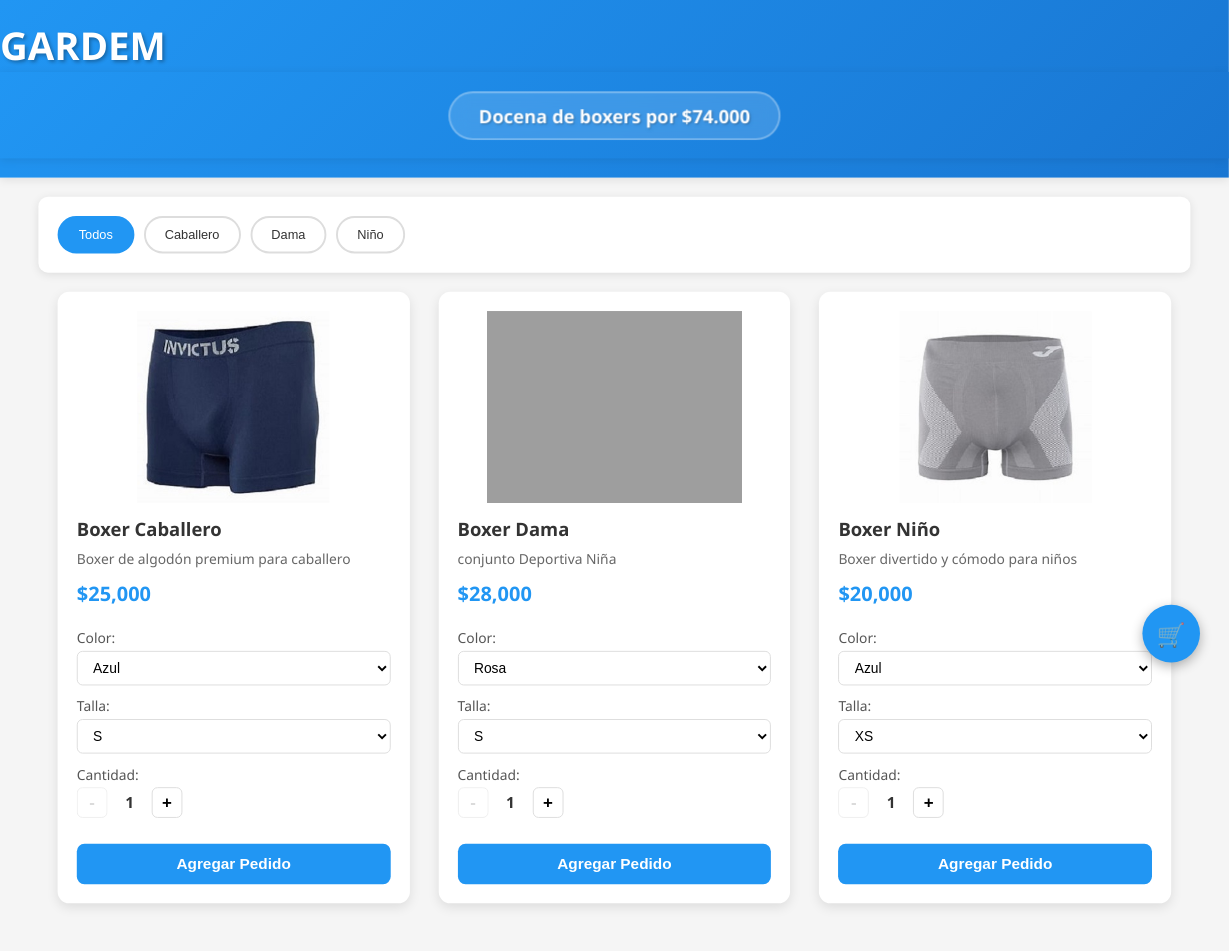
Repository: dasalgar123/gardem_react
Page: /
The author's editor kept a copy of each file at every save. The page is drawn from the files as they stood at one save, then again after the next save.
The browser window is 1280 px wide. The pictures show the whole page, at 96% of full size.
Pictures or frames that could not be fetched are drawn as grey boxes. The project was rebuilt for these pictures with package versions that can differ from the ones it lists, and the page was loaded fresh each time.

Above is the page before, as saved 2025-08-02 18:32:49.

### src/App.js
import React, { useState, useEffect } from 'react';
import './App.css';
import Tarjeta from './components/Tarjeta';

function App() {
  const [productos, setProductos] = useState([]);
  const [carrito, setCarrito] = useState([]);
  const [filtroCategoria, setFiltroCategoria] = useState('todos');
  const [promocionActual, setPromocionActual] = useState(0);
  const [mostrarCarrito, setMostrarCarrito] = useState(false);

  const promociones = [
    "Envíos a todo el país! Envíos gratis a Cúcuta centro",
    "Docena de boxers por $74.000",
    "Aprovecha nuestras promociones!"
  ];

  // Datos de ejemplo
  const productosEjemplo = [
    {
      id: 1,
      nombre: "Boxer Caballero",
      descripcion: "Boxer de algodón premium para caballero",
      precio: 25000,
      categoria: "caballero",
      imagen: "/img/Caballeros/boxer1_1.jpeg",
      colores: ["Azul", "Rojo", "Verde", "Negro"],
      tallas: ["S", "M", "L", "XL"]
    },
    {
      id: 2,
      nombre: "Boxer Dama",
      descripcion: "conjunto Deportiva Niña",
      precio: 28000,
      categoria: "dama",
      imagen: "img\Niñas\niña2.jpg",
      colores: ["Rosa", "Azul", "Negro", "Blanco"],
      tallas: ["S", "M", "L"]
    },



    {
      id: 3,
      nombre: "Boxer Niño",
      descripcion: "Boxer divertido y cómodo para niños",
      precio: 20000,
      categoria: "nino",
      imagen: "/img/Caballeros/boxer1_2.jpeg",
      colores: ["Azul", "Rojo", "Verde", "Amarillo"],
      tallas: ["XS", "S", "M", "L"]
    }
  ];

  useEffect(() => {
    // Usar datos de ejemplo
    setProductos(productosEjemplo);
  }, []);

  useEffect(() => {
    const interval = setInterval(() => {
      setPromocionActual((prev) => (prev + 1) % promociones.length);
    }, 3000);

    return () => clearInterval(interval);
  }, [promociones.length]);

  const agregarAlCarrito = (producto, colorSeleccionado, tallaSeleccionada, cantidad) => {
    const itemExistente = carrito.find(
      item => item.id === producto.id &&
      item.color === colorSeleccionado &&
      item.talla === tallaSeleccionada
    );

    if (itemExistente) {
      setCarrito(carrito.map(item =>
        item.id === producto.id &&
        item.color === colorSeleccionado &&
        item.talla === tallaSeleccionada
          ? { ...item, cantidad: item.cantidad + cantidad }
          : item
      ));
    } else {
      setCarrito([...carrito, {
        ...producto,
        color: colorSeleccionado,
        talla: tallaSeleccionada,
        cantidad
      }]);
    }
  };

  const productosFiltrados = filtroCategoria === 'todos'
    ? productos
    : productos.filter(producto => producto.categoria === filtroCategoria);

  const totalItems = carrito.reduce((total, item) => total + item.cantidad, 0);

  return (
    <div className="App">
      <header className="header">
        <h1 className="logo">GARDEM</h1>
        <div className="carrusel-container">
          <div className="carrusel-promociones">
            <div className="promocion-activa">
              {promociones[promocionActual]}
            </div>
          </div>
        </div>
      </header>

      <div className="filtros">
        <div className="filtro-categorias">
          <button
            className={filtroCategoria === 'todos' ? 'activo' : ''}
            onClick={() => setFiltroCategoria('todos')}
          >
            Todos
          </button>
          <button
            className={filtroCategoria === 'caballero' ? 'activo' : ''}
            onClick={() => setFiltroCategoria('caballero')}
          >
            Caballero
          </button>
          <button
            className={filtroCategoria === 'dama' ? 'activo' : ''}
            onClick={() => setFiltroCategoria('dama')}
          >
            Dama
          </button>
          <button
            className={filtroCategoria === 'nino' ? 'activo' : ''}
            onClick={() => setFiltroCategoria('nino')}
          >
            Niño
          </button>
        </div>
      </div>

      <div className="productos-grid">
        {productosFiltrados.map(producto => (
          <Tarjeta
            key={producto.id}
            producto={producto}
            onAgregarAlCarrito={agregarAlCarrito}
          />
        ))}
      </div>

      {/* Icono flotante del carrito */}
      <div className="carrito-flotante" onClick={() => setMostrarCarrito(!mostrarCarrito)}>
        <span className="carrito-icono">🛒</span>
        {totalItems > 0 && (
          <span className="carrito-contador">{totalItems}</span>
        )}
      </div>

      {/* Carrito desplegable */}
      {mostrarCarrito && (
        <div className="carrito">
          <h3>Carrito de Compras</h3>
          {carrito.length > 0 ? (
            <>
              {carrito.map((item, index) => (
                <div key={index} className="carrito-item">
                  <span>{item.nombre} - {item.color} - {item.talla} x{item.cantidad}</span>
                  <span>${(item.precio * item.cantidad).toLocaleString()}</span>
                </div>
              ))}
              <div className="carrito-total">
                <strong>Total: ${carrito.reduce((total, item) => total + (item.precio * item.cantidad), 0).toLocaleString()}</strong>
              </div>
              <button
                className="btn-whatsapp"
                onClick={() => {
                  const mensaje = `Hola! Quiero hacer un pedido:\n${carrito.map(item =>
                    `${item.nombre} - ${item.color} - ${item.talla} x${item.cantidad} = $${(item.precio * item.cantidad).toLocaleString()}`
                  ).join('\n')}\n\nTotal: $${carrito.reduce((total, item) => total + (item.precio * item.cantidad), 0).toLocaleString()}`;
                  window.open(`https://wa.me/573001234567?text=${encodeURIComponent(mensaje)}`);
                }}
              >
                Enviar Pedido por WhatsApp
              </button>
            </>
          ) : (
            <p>El carrito está vacío</p>
          )}
        </div>
      )}
    </div>
  );
}

export default App;

### src/App.css
/* Estilos generales */
* {
  margin: 0;
  padding: 0;
  box-sizing: border-box;
}

body {
  font-family: 'Segoe UI', Tahoma, Geneva, Verdana, sans-serif;
  background-color: #f5f5f5;
}

.App {
  min-height: 100vh;
}

/* Header */
.header {
  background: linear-gradient(135deg, #2196F3 0%, #1976D2 100%);
  color: white;
  padding: 20px 0;
  box-shadow: 0 2px 10px rgba(0,0,0,0.1);
}

.header-content {
  max-width: 1200px;
  margin: 0 auto;
  padding: 0 20px;
  display: flex;
  justify-content: center;
  align-items: center;
}

.logo {
  font-size: 2.5rem;
  font-weight: bold;
  text-shadow: 2px 2px 4px rgba(0,0,0,0.3);
}

/* Carrusel de Promociones */
.carrusel-container {
  width: 100%;
  background: linear-gradient(135deg, #2196F3 0%, #1976D2 100%);
  padding: 15px 0;
  box-shadow: 0 2px 10px rgba(0,0,0,0.1);
}

.carrusel-promociones {
  width: 100%;
  display: flex;
  justify-content: center;
  align-items: center;
  height: 60px;
}

.promocion-activa {
  margin: 0;
  font-size: 1.2rem;
  font-weight: 600;
  color: white;
  animation: fadeInOut 3s ease-in-out infinite;
  text-align: center;
  padding: 10px 30px;
  background: rgba(255,255,255,0.15);
  border-radius: 30px;
  backdrop-filter: blur(10px);
  border: 2px solid rgba(255,255,255,0.3);
  text-shadow: 1px 1px 2px rgba(0,0,0,0.3);
}

@keyframes fadeInOut {
  0%, 100% {
    opacity: 0;
    transform: translateY(20px);
  }
  10%, 90% {
    opacity: 1;
    transform: translateY(0);
  }
}

/* Filtros */
.filtros {
  background: white;
  padding: 20px;
  margin: 20px auto;
  max-width: 1200px;
  border-radius: 10px;
  box-shadow: 0 2px 10px rgba(0,0,0,0.1);
  display: flex;
  justify-content: space-between;
  align-items: center;
  flex-wrap: wrap;
  gap: 20px;
}

.filtro-categorias {
  display: flex;
  gap: 10px;
  flex-wrap: wrap;
}

.filtro-categorias button {
  padding: 10px 20px;
  border: 2px solid #ddd;
  background: white;
  color: #333;
  border-radius: 25px;
  cursor: pointer;
  transition: all 0.3s ease;
  font-weight: 500;
}

.filtro-categorias button:hover {
  border-color: #2196F3;
  color: #2196F3;
}

.filtro-categorias button.activo {
  background: #2196F3;
  color: white;
  border-color: #2196F3;
}

.filtro-extra {
  display: flex;
  align-items: center;
  gap: 10px;
}

.filtro-extra select {
  padding: 8px 15px;
  border: 1px solid #ddd;
  border-radius: 5px;
  background: white;
}

/* Mensajes de Error y Loading */
.error-message {
  max-width: 1200px;
  margin: 20px auto;
  padding: 20px;
  background: #ffebee;
  border: 1px solid #f44336;
  border-radius: 10px;
  color: #c62828;
  text-align: center;
}

.error-message p {
  margin: 10px 0;
  font-size: 1rem;
}

.loading {
  max-width: 1200px;
  margin: 50px auto;
  text-align: center;
  padding: 40px;
  background: white;
  border-radius: 10px;
  box-shadow: 0 2px 10px rgba(0,0,0,0.1);
}

.loading p {
  font-size: 1.2rem;
  color: #666;
  margin: 0;
}

/* Grid de Productos */
.productos-grid {
  max-width: 1200px;
  margin: 0 auto;
  padding: 0 20px;
  display: grid;
  grid-template-columns: repeat(auto-fill, minmax(280px, 1fr));
  gap: 30px;
  margin-bottom: 50px;
}

/* Tarjeta de Producto */
/* Estilos para el componente Tarjeta */
.producto-card {
  background: white;
  border-radius: 12px;
  box-shadow: 0 4px 12px rgba(0, 0, 0, 0.1);
  padding: 20px;
  transition: transform 0.2s, box-shadow 0.2s;
  display: flex;
  flex-direction: column;
  height: 100%;
}

.producto-card:hover {
  transform: translateY(-4px);
  box-shadow: 0 8px 24px rgba(0, 0, 0, 0.15);
}

.producto-imagen {
  width: 100%;
  height: 200px;
  overflow: hidden;
  border-radius: 8px;
  margin-bottom: 15px;
  display: flex;
  align-items: center;
  justify-content: center;
}

.producto-imagen img {
  width: 100%;
  height: 100%;
  object-fit: contain;
  transition: transform 0.3s;
  max-width: 100%;
  max-height: 100%;
}

.producto-imagen img:hover {
  transform: scale(1.05);
}

.producto-info {
  flex: 1;
  margin-bottom: 15px;
}

.producto-nombre {
  font-size: 1.2rem;
  font-weight: 600;
  color: #333;
  margin: 0 0 8px 0;
  line-height: 1.3;
}

.producto-descripcion {
  font-size: 0.9rem;
  color: #666;
  margin: 0 0 12px 0;
  line-height: 1.4;
}

.producto-precio {
  font-size: 1.3rem;
  font-weight: 700;
  color: #2196F3;
  margin: 8px 0;
}

.producto-opciones {
  margin-bottom: 15px;
}

.opcion-grupo {
  margin-bottom: 12px;
}

.opcion-grupo label {
  display: block;
  font-size: 0.9rem;
  font-weight: 500;
  color: #555;
  margin-bottom: 4px;
}

.selector-opcion {
  width: 100%;
  padding: 8px 12px;
  border: 1px solid #ddd;
  border-radius: 6px;
  font-size: 0.9rem;
  background: white;
  transition: border-color 0.2s;
}

.selector-opcion:focus {
  outline: none;
  border-color: #2196F3;
}

.cantidad-controls {
  display: flex;
  align-items: center;
  gap: 8px;
}

.btn-cantidad {
  width: 32px;
  height: 32px;
  border: 1px solid #ddd;
  background: white;
  border-radius: 6px;
  font-size: 1.1rem;
  font-weight: 600;
  cursor: pointer;
  transition: all 0.2s;
}

.btn-cantidad:hover:not(:disabled) {
  background: #2196F3;
  color: white;
  border-color: #2196F3;
}

.btn-cantidad:disabled {
  opacity: 0.5;
  cursor: not-allowed;
}

.cantidad-numero {
  font-size: 1rem;
  font-weight: 600;
  color: #333;
  min-width: 30px;
  text-align: center;
}

.btn-agregar {
  width: 100%;
  padding: 12px;
  background: #2196F3;
  color: white;
  border: none;
  border-radius: 8px;
  font-size: 1rem;
  font-weight: 600;
  cursor: pointer;
  transition: background 0.2s;
  margin-top: auto;
}

.btn-agregar:hover {
  background: #1976D2;
}

/* Icono flotante del carrito */
.carrito-flotante {
  position: fixed;
  bottom: 30px;
  right: 30px;
  width: 60px;
  height: 60px;
  background: #2196F3;
  border-radius: 50%;
  display: flex;
  align-items: center;
  justify-content: center;
  cursor: pointer;
  box-shadow: 0 4px 12px rgba(0, 0, 0, 0.3);
  transition: all 0.3s ease;
  z-index: 1000;
}

.carrito-flotante:hover {
  transform: scale(1.1);
  box-shadow: 0 6px 20px rgba(0, 0, 0, 0.4);
}

.carrito-icono {
  font-size: 24px;
  color: white;
}

.carrito-contador {
  position: absolute;
  top: -5px;
  right: -5px;
  background: #ff4444;
  color: white;
  border-radius: 50%;
  width: 20px;
  height: 20px;
  display: flex;
  align-items: center;
  justify-content: center;
  font-size: 12px;
  font-weight: bold;
}

/* Carrito desplegable */
.carrito {
  position: fixed;
  bottom: 100px;
  right: 30px;
  width: 350px;
  max-height: 400px;
  background: white;
  border-radius: 12px;
  box-shadow: 0 8px 32px rgba(0, 0, 0, 0.3);
  padding: 20px;
  overflow-y: auto;
  z-index: 999;
  animation: slideIn 0.3s ease;
}

@keyframes slideIn {
  from {
    opacity: 0;
    transform: translateY(20px);
  }
  to {
    opacity: 1;
    transform: translateY(0);
  }
}

.carrito h3 {
  color: #333;
  margin-bottom: 15px;
  text-align: center;
}

.carrito-items {
  display: grid;
  grid-template-columns: repeat(auto-fill, minmax(250px, 1fr));
  gap: 15px;
  margin-bottom: 20px;
}

.carrito-item {
  display: flex;
  gap: 15px;
  padding: 15px;
  background: #f8f9fa;
  border-radius: 10px;
  align-items: center;
}

.carrito-item img {
  width: 60px;
  height: 60px;
  object-fit: cover;
  border-radius: 5px;
}

.carrito-item h4 {
  font-size: 1rem;
  margin-bottom: 5px;
  color: #333;
}

.carrito-item p {
  font-size: 0.9rem;
  color: #666;
  margin: 2px 0;
}

.carrito-total {
  text-align: center;
  border-top: 2px solid #eee;
  padding-top: 15px;
}

.carrito-total h4 {
  font-size: 1.3rem;
  color: #2196F3;
  margin-bottom: 15px;
}

.btn-whatsapp {
  background: #25d366;
  color: white;
  border: none;
  padding: 12px 25px;
  border-radius: 25px;
  font-weight: bold;
  cursor: pointer;
  transition: background 0.3s ease;
  font-size: 1rem;
}

.btn-whatsapp:hover {
  background: #128c7e;
}

/* Responsive */
@media (max-width: 768px) {
  .header-content {
    flex-direction: column;
    text-align: center;
    gap: 15px;
  }

  .logo {
    font-size: 2rem;
  }

  .carrusel-promociones {
    height: 50px;
  }

  .promocion-activa {
    font-size: 1rem;
    padding: 8px 20px;
  }

  .filtros {
    flex-direction: column;
    align-items: stretch;
  }

  .filtro-categorias {
    justify-content: center;
  }

  .productos-grid {
    grid-template-columns: repeat(auto-fill, minmax(250px, 1fr));
    gap: 20px;
  }

  .carrito-items {
    grid-template-columns: 1fr;
  }

  .meta-info {
    padding: 15px;
  }

  .meta-info h4 {
    font-size: 1rem;
  }

  .meta-info p {
    font-size: 0.8rem;
  }
}

### src/components/Tarjeta.js
import React, { useState } from 'react';

const Tarjeta = ({ producto, onAgregarAlCarrito }) => {
  const [colorSeleccionado, setColorSeleccionado] = useState(producto.colores[0]);
  const [tallaSeleccionada, setTallaSeleccionada] = useState(producto.tallas[0]);
  const [cantidad, setCantidad] = useState(1);

  const handleAgregar = () => {
    onAgregarAlCarrito(producto, colorSeleccionado, tallaSeleccionada, cantidad);
  };

  return (
    <div className="producto-card">
      {/* Imagen del producto */}
      <div className="producto-imagen">
        <img
          src={producto.imagen}
          alt={producto.nombre}
        />
      </div>

      {/* Información del producto */}
      <div className="producto-info">
        <h3 className="producto-nombre">{producto.nombre}</h3>

        {producto.descripcion && (
          <p className="producto-descripcion">{producto.descripcion}</p>
        )}

        <div className="producto-precio">
          ${producto.precio.toLocaleString()}
        </div>
      </div>

      {/* Selectores */}
      <div className="producto-opciones">
        <div className="opcion-grupo">
          <label>Color:</label>
          <select
            value={colorSeleccionado}
            onChange={(e) => setColorSeleccionado(e.target.value)}
            className="selector-opcion"
          >
            {producto.colores.map(color => (
              <option key={color} value={color}>{color}</option>
            ))}
          </select>
        </div>

        <div className="opcion-grupo">
          <label>Talla:</label>
          <select
            value={tallaSeleccionada}
            onChange={(e) => setTallaSeleccionada(e.target.value)}
            className="selector-opcion"
          >
            {producto.tallas.map(talla => (
              <option key={talla} value={talla}>{talla}</option>
            ))}
          </select>
        </div>

        <div className="opcion-grupo">
          <label>Cantidad:</label>
          <div className="cantidad-controls">
            <button
              onClick={() => setCantidad(Math.max(1, cantidad - 1))}
              disabled={cantidad <= 1}
              className="btn-cantidad"
            >
              -
            </button>
            <span className="cantidad-numero">{cantidad}</span>
            <button
              onClick={() => setCantidad(cantidad + 1)}
              className="btn-cantidad"
            >
              +
            </button>
          </div>
        </div>
      </div>

      {/* Botón agregar pedido */}
      <button
        className="btn-agregar"
        onClick={handleAgregar}
      >
        Agregar Pedido
      </button>
    </div>
  );
};

export default Tarjeta;

Loaded but not shown: public/index.html (common file); src/index.js (common file); src/index.css (common file); src/reportWebVitals.js (common file)

After the next save:
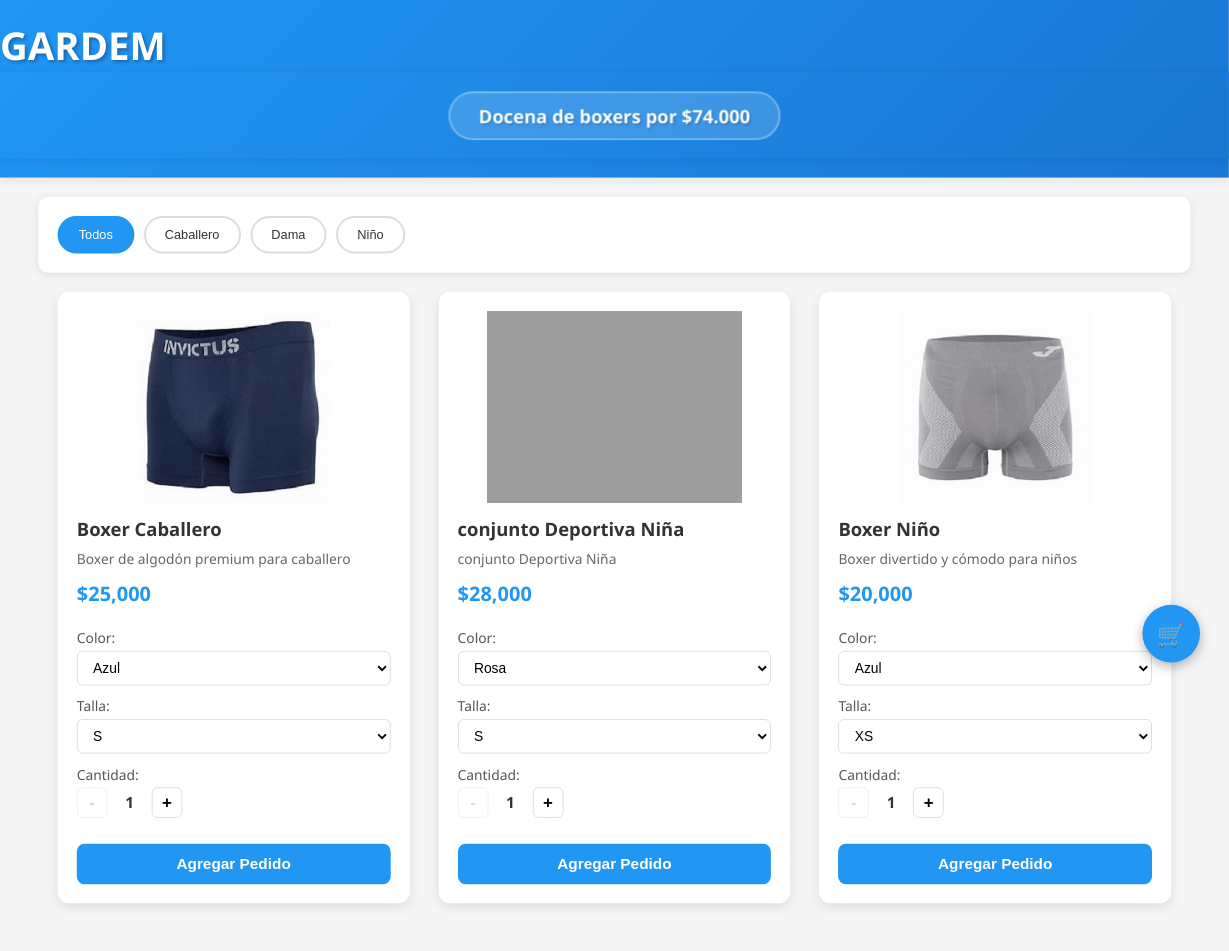
Saved 17 s later.
--- a/src/App.js
+++ b/src/App.js
@@ -29,7 +29,7 @@
     },
     {
       id: 2,
-      nombre: "Boxer Dama",
+      nombre: "conjunto Deportiva Niña",
       descripcion: "conjunto Deportiva Niña",
       precio: 28000,
       categoria: "dama",
